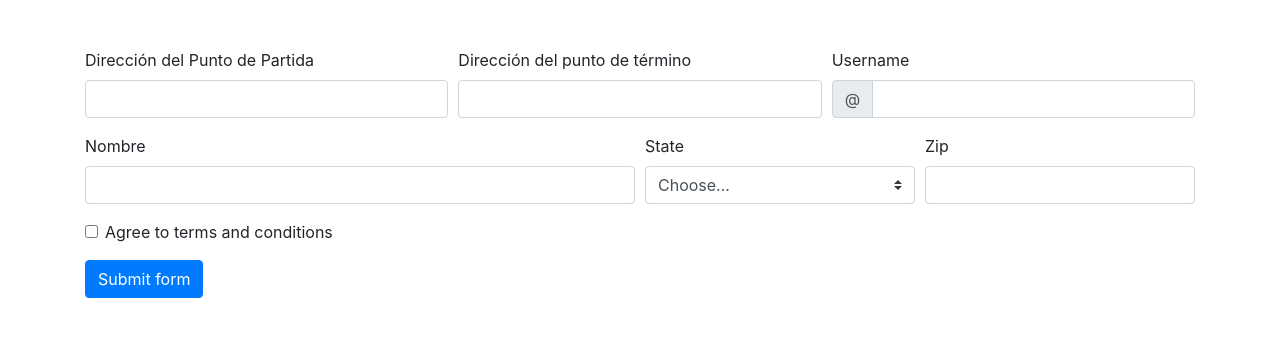
Repository: Jassan851031/foreachTask
Page: /
The author's editor kept a copy of each file at every save. The page is drawn from the files as they stood at one save, then again after the next save.
The browser window is 1280 px wide. The pictures show the whole page.
The project was rebuilt for these pictures with package versions that can differ from the ones it lists, and the page was loaded fresh each time. Also part of the build but not shown: src/App.css.

Above is the page before, as saved 2020-03-23 15:03:46.

After the next save:
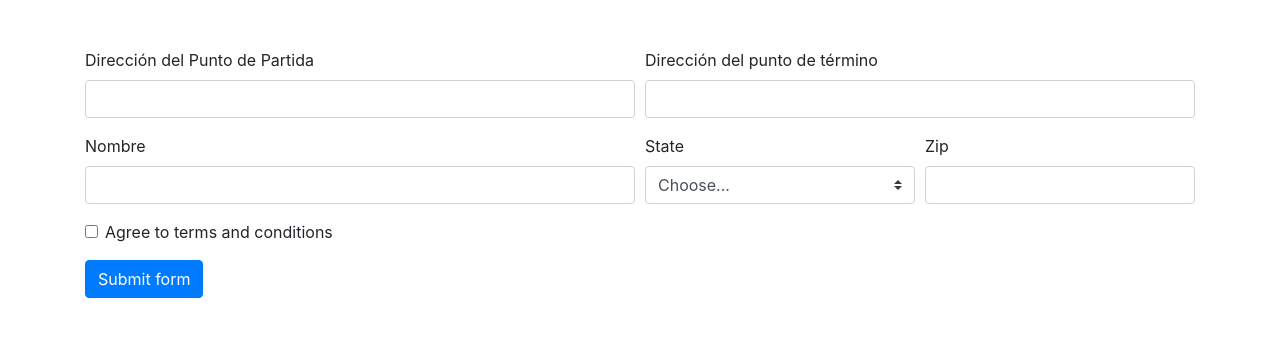
Saved 19 s later.
--- a/src/App.js
+++ b/src/App.js
@@ -8,22 +8,13 @@ function App() {
         <div className="col-md-12">
           <form>
             <div className="form-row">
-              <div className="col-md-4 mb-3">
+              <div className="col-md-6 mb-3">
                 <label for="validationDefault01">Dirección del Punto de Partida</label>
                 <input type="text" className="form-control" id="validationDefault01" required />
               </div>
-              <div className="col-md-4 mb-3">
+              <div className="col-md-6 mb-3">
                 <label for="validationDefault02">Dirección del punto de término</label>
                 <input type="text" className="form-control" id="validationDefault02" required />
-              </div>
-              <div className="col-md-4 mb-3">
-                <label for="validationDefaultUsername">Username</label>
-                <div className="input-group">
-                  <div className="input-group-prepend">
-                    <span className="input-group-text" id="inputGroupPrepend2">@</span>
-                  </div>
-                  <input type="text" className="form-control" id="validationDefaultUsername" aria-describedby="inputGroupPrepend2" required />
-                </div>
               </div>
             </div>
             <div className="form-row">
